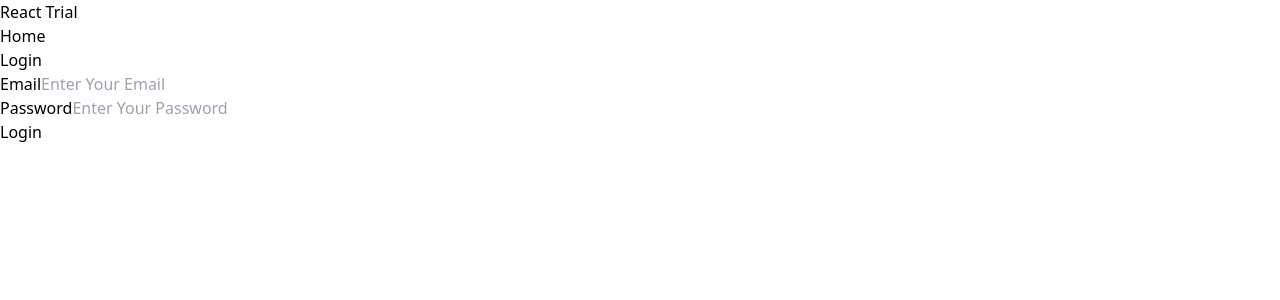
Repository: mk694/stepperForm
Page: /login
These files come from the project's save history. The page is drawn as it stood at one moment and after the next save; the edit follows.
The browser window is 1280 px wide. The pictures show the whole page.
The project was rebuilt for these pictures with package versions that can differ from the ones it lists, and the page was loaded fresh each time. The framework's server and built-in components were replaced by stand-ins that run in the browser. Also part of the build but not shown: next.config.js.

Above is the page before, as saved 2022-04-29 01:45:26.

After the next save:
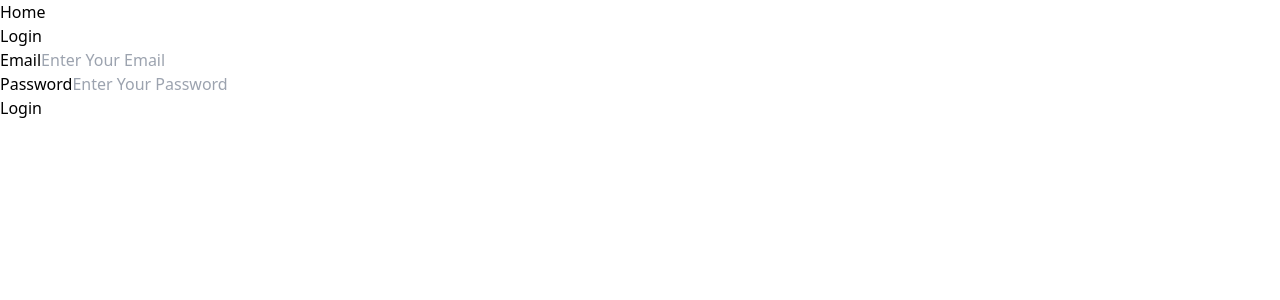
Saved 33 s later.
--- a/layout/header/header.component.js
+++ b/layout/header/header.component.js
@@ -14,7 +14,6 @@ function header() {
     <>
       <nav className="bg-gray-600  text-slate-100 border-gray-200 px-2 sm:px-4 py-2.5 rounded  dark:bg-gray-800">
         <div className="container flex flex-wrap  items-center mx-auto">
-          <div>React Trial</div>
           <div className="bg-slate-800 px-2 py-1 rounded hover:bg-orange-800 ml-16 ">
             <Link href="/">
               <a className="">Home</a>
